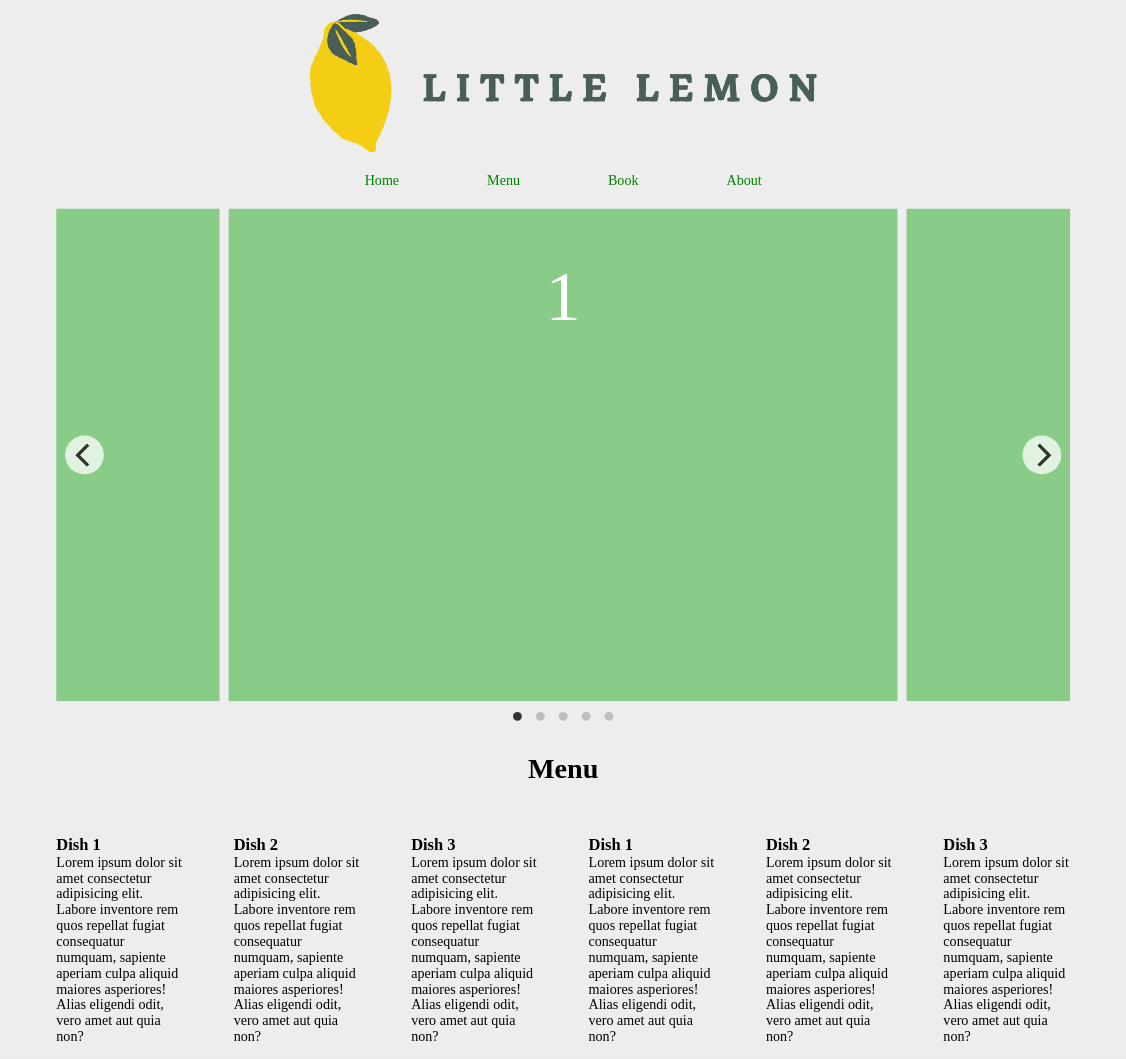
Repository: klone007/littleLemon
Page: index.html
These files come from the project's save history. The page is drawn as it stood at one moment and after a run of saves; the edit follows.
The browser window is 1280 px wide. The pictures show the whole page, at 88% of full size.

Above is the page before, as saved 2022-11-16 22:32:17.

### index.html
<!DOCTYPE html>
<html lang="en">
<head>
    <meta charset="UTF-8">
    <meta http-equiv="X-UA-Compatible" content="IE=edge">
    <meta name="viewport" content="width=device-width, initial-scale=1.0">
    <title>Little Lemon</title>
    <meta name="author" content="Owned by Maria & Jason">
    <meta name="description" content="Little lemon restaurant">

    <link rel="stylesheet" href="./styles.css">
    <link rel="stylesheet" href="./docs/flickity.css" media="screen">
</head>
<body>
    <script src="./docs/flickity.pkgd.min.js"></script>
    <header>
        <img src="Asset 16@4x.png" alt="logo" />
    </header>

    <nav>
        <ul>
            <li><a href="#">Home</a></li>
            <li><a href="#">Menu</a></li>
            <li><a href="#">Book</a></li>
            <li><a href="#">About</a></li>
        </ul>
    </nav>

    <main>
        <div class="gallery js-flickity" data-flickity-options='{ "wrapAround": true }'>
            <div class="gallery-cell"></div>
            <div class="gallery-cell"></div>
            <div class="gallery-cell"></div>
            <div class="gallery-cell"></div>
            <div class="gallery-cell"></div>
        </div>

        <h1>Menu</h1>
        <section>
            <article>
                <h3>Dish 1</h3>
                <p>Lorem ipsum dolor sit amet consectetur adipisicing elit. Labore inventore rem quos repellat fugiat consequatur numquam, sapiente aperiam culpa aliquid maiores asperiores! Alias eligendi odit, vero amet aut quia non?</p>
            </article>
            <article>
                <h3>Dish 2</h3>
                <p>Lorem ipsum dolor sit amet consectetur adipisicing elit. Labore inventore rem quos repellat fugiat consequatur numquam, sapiente aperiam culpa aliquid maiores asperiores! Alias eligendi odit, vero amet aut quia non?</p>
            </article>
            <article>
                <h3>Dish 3</h3>
                <p>Lorem ipsum dolor sit amet consectetur adipisicing elit. Labore inventore rem quos repellat fugiat consequatur numquam, sapiente aperiam culpa aliquid maiores asperiores! Alias eligendi odit, vero amet aut quia non?</p>
            </article>
            <article>
                <h3>Dish 1</h3>
                <p>Lorem ipsum dolor sit amet consectetur adipisicing elit. Labore inventore rem quos repellat fugiat consequatur numquam, sapiente aperiam culpa aliquid maiores asperiores! Alias eligendi odit, vero amet aut quia non?</p>
            </article>
            <article>
                <h3>Dish 2</h3>
                <p>Lorem ipsum dolor sit amet consectetur adipisicing elit. Labore inventore rem quos repellat fugiat consequatur numquam, sapiente aperiam culpa aliquid maiores asperiores! Alias eligendi odit, vero amet aut quia non?</p>
            </article>
            <article>
                <h3>Dish 3</h3>
                <p>Lorem ipsum dolor sit amet consectetur adipisicing elit. Labore inventore rem quos repellat fugiat consequatur numquam, sapiente aperiam culpa aliquid maiores asperiores! Alias eligendi odit, vero amet aut quia non?</p>
            </article>
        </section>
    </main>
</body>
</html>

### styles.css
*{
    margin:0;
    padding:0;
    -webkit-box-sizing: border-box;
    box-sizing: border-box;
}

body {
    background-color: #ededed;
    margin-top: 1rem;
    margin-bottom: 1rem;
    margin-left: 5%;
    margin-right: 5%;
}

header > img {
    display: block;
    margin-left: auto;
    margin-right: auto;
    width:50%;
}

nav  ul {
    list-style: none;
    display: flex;
    justify-content: center;
    margin: 2%;

}

nav a:link {
    text-decoration: none;
    color: green;
    padding: 10px 50px;

}

nav a:hover {
    background-color: green;
    color: antiquewhite;
}

main > h1 {
    display: flex;
    justify-content: center;
    align-items: center;
    margin-top:5%;
}
section {
    display: flex;
    justify-content: center;
    align-items: center;
    margin-top: 5%;
    margin-left: auto;
    margin-right: auto;
    gap: 5%;
}



.gallery {
    background: #EEE;
  }

  .gallery-cell {
    width: 66%;
    height: 35rem;
    margin-right: 10px;
    background: #8C8;
    counter-increment: gallery-cell;
  }

  /* cell number */
  .gallery-cell:before {
    display: block;
    text-align: center;
    content: counter(gallery-cell);
    line-height: 200px;
    font-size: 80px;
    color: white;
  }

### docs/flickity.css
/*! Flickity v2.3.0
https://flickity.metafizzy.co
---------------------------------------------- */

.flickity-enabled {
  position: relative;
}

.flickity-enabled:focus { outline: none; }

.flickity-viewport {
  overflow: hidden;
  position: relative;
  height: 100%;
}

.flickity-slider {
  position: absolute;
  width: 100%;
  height: 100%;
}

/* draggable */

.flickity-enabled.is-draggable {
  -webkit-tap-highlight-color: transparent;
  -webkit-user-select: none;
     -moz-user-select: none;
      -ms-user-select: none;
          user-select: none;
}

.flickity-enabled.is-draggable .flickity-viewport {
  cursor: move;
  cursor: -webkit-grab;
  cursor: grab;
}

.flickity-enabled.is-draggable .flickity-viewport.is-pointer-down {
  cursor: -webkit-grabbing;
  cursor: grabbing;
}

/* ---- flickity-button ---- */

.flickity-button {
  position: absolute;
  background: hsla(0, 0%, 100%, 0.75);
  border: none;
  color: #333;
}

.flickity-button:hover {
  background: white;
  cursor: pointer;
}

.flickity-button:focus {
  outline: none;
  box-shadow: 0 0 0 5px #19F;
}

.flickity-button:active {
  opacity: 0.6;
}

.flickity-button:disabled {
  opacity: 0.3;
  cursor: auto;
  /* prevent disabled button from capturing pointer up event. #716 */
  pointer-events: none;
}

.flickity-button-icon {
  fill: currentColor;
}

/* ---- previous/next buttons ---- */

.flickity-prev-next-button {
  top: 50%;
  width: 44px;
  height: 44px;
  border-radius: 50%;
  /* vertically center */
  transform: translateY(-50%);
}

.flickity-prev-next-button.previous { left: 10px; }
.flickity-prev-next-button.next { right: 10px; }
/* right to left */
.flickity-rtl .flickity-prev-next-button.previous {
  left: auto;
  right: 10px;
}
.flickity-rtl .flickity-prev-next-button.next {
  right: auto;
  left: 10px;
}

.flickity-prev-next-button .flickity-button-icon {
  position: absolute;
  left: 20%;
  top: 20%;
  width: 60%;
  height: 60%;
}

/* ---- page dots ---- */

.flickity-page-dots {
  position: absolute;
  width: 100%;
  bottom: -25px;
  padding: 0;
  margin: 0;
  list-style: none;
  text-align: center;
  line-height: 1;
}

.flickity-rtl .flickity-page-dots { direction: rtl; }

.flickity-page-dots .dot {
  display: inline-block;
  width: 10px;
  height: 10px;
  margin: 0 8px;
  background: #333;
  border-radius: 50%;
  opacity: 0.25;
  cursor: pointer;
}

.flickity-page-dots .dot.is-selected {
  opacity: 1;
}

Loaded but not shown: docs/flickity.pkgd.min.js (library)

After the next 2 saves:
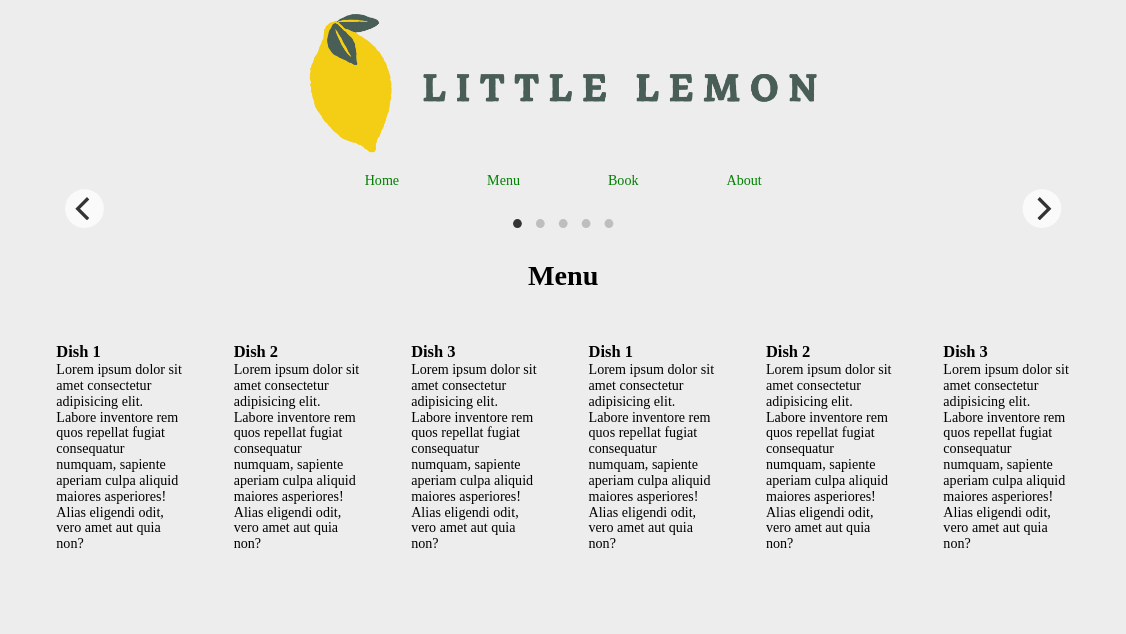
The 2 saves are shown as one change because they came seconds apart.
The last was saved 23 s later.
--- a/styles.css
+++ b/styles.css
@@ -64,7 +64,7 @@
 
   .gallery-cell {
     width: 66%;
-    height: 35rem;
+    height: 100%;
     margin-right: 10px;
     background: #8C8;
     counter-increment: gallery-cell;
